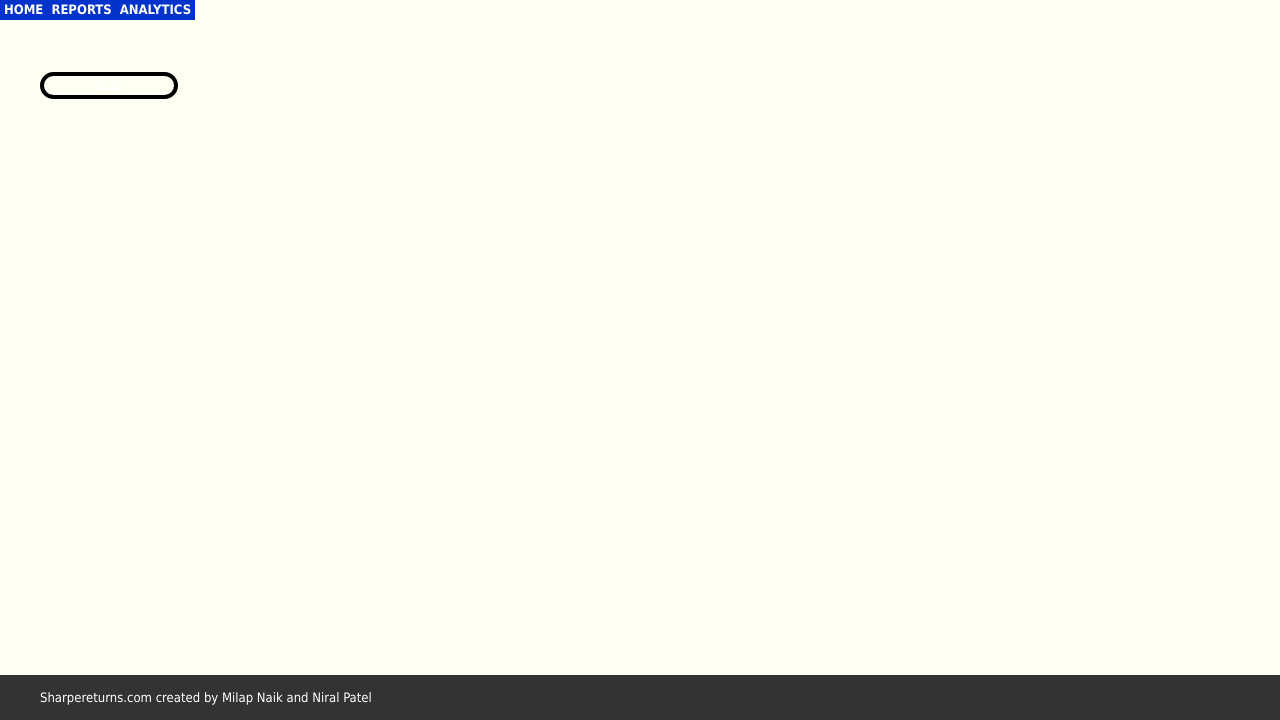
Repository: MilapNaik/Sharpereturns
Page: index.html
The author's editor kept a record of every edit. The page is drawn from the files as they stood at one moment, then again after the next edit.
The browser window is 1280 px wide. The pictures show the whole page.

Above is the page before.

### index.html
<!DOCTYPE html>
<html>
<head>
<meta charset="UTF-8">
<meta name="description" content="Finance Forum">
<meta name="keywords" content="Share Economy, India, Finance, Stocks,
								Analysis, Uber, Lyft, TaskRabbit">
<meta name="author" content="Milap Naik">

	<title>BSE Review</title>

	<link rel="stylesheet" type="text/css" href="style.css"/>

	<!--[if lt IE 9]>
  	<script src="http://html5shiv.googlecode.com/svn/trunk/html5.js"></script>
  	<![endif]-->
</head>
<body>
	<nav>
	<ul>
		<li><a href="/index">Home</a></li>
		<li><a href="/reports">Reports</a></li>
		<li><a href="/analytics">Analytics</a></li>
	</ul>
	</nav>

	<br>
	<br>

	<section>
	<ul>
		<li><a href="/modi.php">Modi</a></li>
	</ul>
    </section>

</body>
<footer>
	<p>Sharpereturns.com created by Milap Naik and Niral Patel</p>
</footer>
</html>

### style.css
header, footer, aside, nav, main, article, figure {
    display: block;
}

body {
    margin: 0;
    padding: 0;
    color: #FFFFFF;
    font-family: Tahoma, Geneva, sans-serif;
    font-size: 13px;
    line-height: 1.5em;
    background-color: #FEFEF2; /*#262e34;*/

}
nav ul {
    list-style-type: none;
    margin: 0;
    padding: 0;
    overflow: hidden;
    width: 900px;

}
nav ul li {
    list-style-type: none;
    display: inline;
    float: left;
}

nav a:link, a:visited {
    /*display: block;*/
    width: 135px;
    font-weight: bold;
    color: #FFFFFF;
    background-color: #0033CC;
    text-align: center;
    padding: 4px;
    text-decoration: none;
    text-transform: uppercase;
}

h3{ font-weight:bold; }
h5{ font-style: italic; }

p{ margin-left: 40px; }

#holders {
    /*Table in reports*/
    width:70%;
    margin-left:15%;
    margin-right:15%;
    }

section a:link, a:visited {
    /*group of links in index & share*/
    display: block;
    width: 130px;
    color: #FFFFFF;

    text-align: center;
    border: 4px solid black;
    border-radius: 20px;
    text-decoration: none;
}

section ul li{
    list-style-type: none;
    float: left;
}


footer {
    background-color: #333;
    width: 100%;
    bottom: 0;
    position: fixed;
}

.date{
    position: absolute;
    right: 0px;
    bottom: 0px;
}

After the next edit:
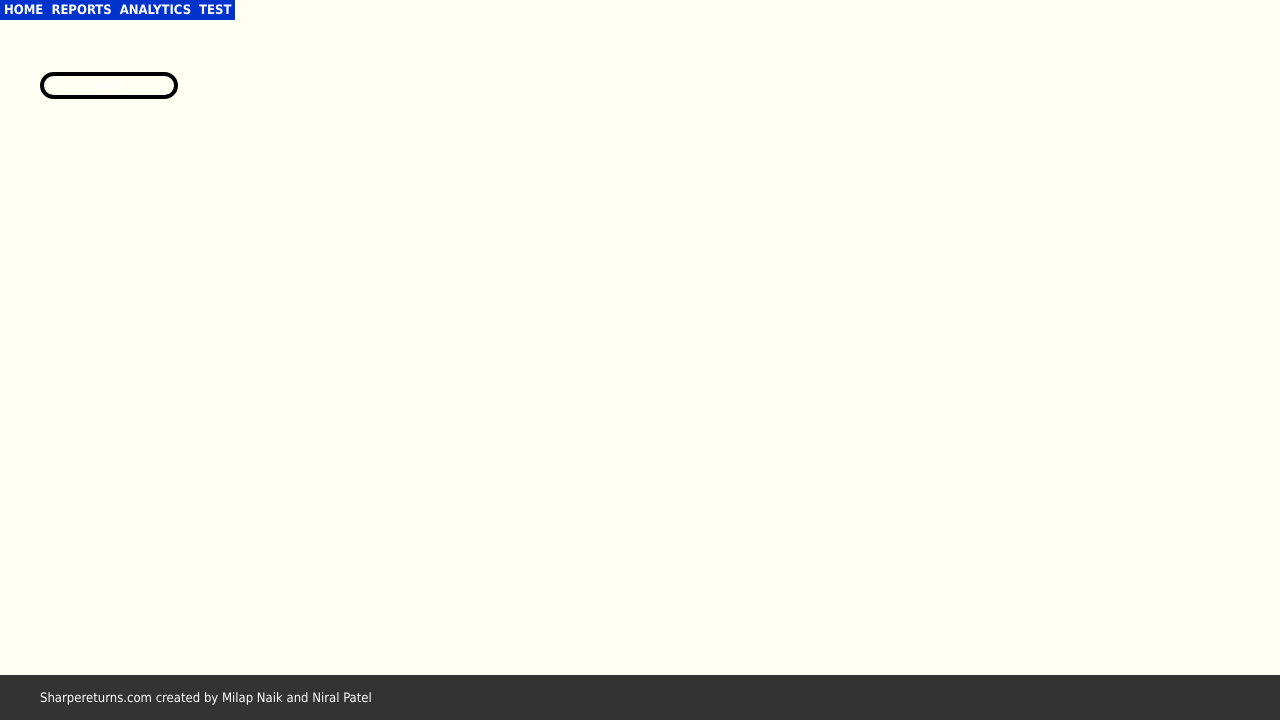
The edit:
--- a/index.html
+++ b/index.html
@@ -21,6 +21,7 @@
 		<li><a href="/index">Home</a></li>
 		<li><a href="/reports">Reports</a></li>
 		<li><a href="/analytics">Analytics</a></li>
+		<li><a href="/test">test</a></li>
 	</ul>
 	</nav>
 
